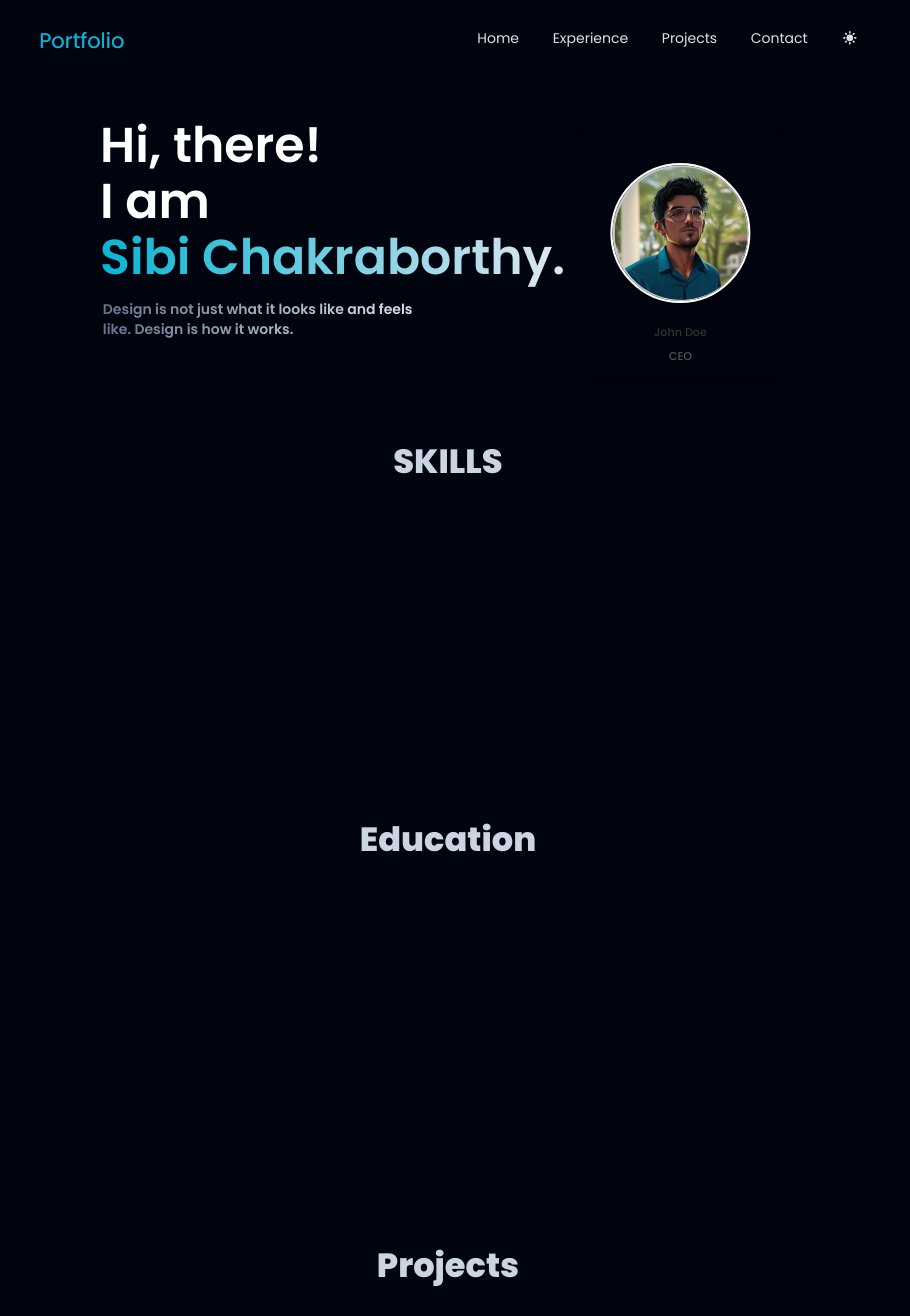
Repository: sibi24sibi/MyPersonalPortfolio
Page: /
These files come from the project's save history. The page is drawn as it stood at one moment and after the next save; the edit follows.
The browser window is 1280 px wide. The page is 1300 px wide, so the pictures cover 1300 px, including what lies to the right of the window. The pictures show the part of the page from y = 0 to 1880 px (the page is 3442 px tall before and 3542 px after), at 70% of full size.
The project was rebuilt for these pictures with package versions that can differ from the ones it lists, and the page was loaded fresh each time. Also part of the build but not shown: vite.config.js, src/components/Menu.jsx, src/components/Footer.jsx.

Above is the page before, as saved 2024-05-03 17:43:50.

### index.html
<!DOCTYPE html>
<html lang="en">

<head>
  <meta charset="UTF-8" />
  <link rel="icon" type="image/svg+xml" href="" />
  <meta name="viewport" content="width=device-width, initial-scale=1 , maximum-scale=1 ,user-scalable=no" />
  <title>
    Personal Portfolio
  </title>
</head>

<body className="darkMode">
  <div id="root" className="px-5 w-screen"></div>
  <script type="module" src="/src/main.jsx"></script>
</body>

</html>

### src/index.css
@import url('https://fonts.googleapis.com/css2?family=Poppins:wght@300;400;500;600;800&display=swap');
@tailwind base;
@tailwind components;
@tailwind utilities;

html {
    @apply overflow-x-hidden scroll-smooth
}

body {

    @apply dark:bg-[#00040f] bg-[#e2e2e2ab]
}

### src/App.jsx
import Navbar from "./components/Navbar";
import About from "./components/About";

import Education from "./components/Education";
import Projects from "./components/Projects";
import Skills from "./components/Skills";

import HashLoader from "react-spinners/HashLoader";
import CTA from "./components/CTA";
import MyEmailLayout from "./components/email";
import Footer from "./components/Footer";


import { useState, useEffect } from "react";

const override = {
  display: "flex",
  justifyContent: "center",
  alignItems: "center",
  marginTop: "5rem",
  borderColor: "red",
};

const App = () => {
  const [loading, setLoading] = useState(true);

  useEffect(() => {
    setLoading(true);
    setTimeout(() => {
      setLoading(false);
    }, 3000);
  }, []);
  return (
    <>
      {loading ? (
        <div className="flex h-screen w-screen justify-center items-center bg-[#00040f] ">
          <HashLoader
            color="#0891b2"
            loading={loading}
            cssOverride={override}
            size={90}
            aria-label="Loading Spinner"
            data-testid="loader"
          />
        </div>
      ) : (
        <div className=" flex flex-col justify-center items-center">
          <Navbar></Navbar>
          <About></About>
          <Skills></Skills>
          <Education></Education>
          <Projects></Projects>
          <CTA></CTA>
          <MyEmailLayout></MyEmailLayout>
          {/* <Footer></Footer> */}
        </div>
      )}
    </>
  );
};
export default App;

### src/components/Navbar.jsx
import { CgMenuRightAlt } from "react-icons/cg";
import { HiSun, HiMoon } from "react-icons/hi";
import { useState, useEffect } from "react";
import Menu from "./Menu";

const Navbar = () => {
  const [nav, setNav] = useState(false);

  const [theme, setTheme] = useState("light");

  useEffect(() => {
    if (theme === "dark") {
      document.documentElement.classList.remove("dark");
    } else {
      document.documentElement.classList.add("dark");
    }
  }, [theme]);

  const handleTheme = () => {
    setTheme(theme === "dark" ? "light" : "dark");
  };

  return (
    <>
      <section className="NAVBAR sticky top-0 backdrop-blur-[5px] z-10 pt-5  translate-x-[20px] min-w-full mt-5 font-['Poppins']  max-sm:p-2 max-sm:mx-1 max-sm:max-h-[48px] ">
        <div className="flex  justify-between capitalize md:ml-9 sm:ml-2">
          <div className="LOGO ">
            <a
              href="#"
              className="text-3xl bg-gradient-to-r from-blue-600 to-cyan-600 bg-clip-text text-transparent dark:text-cyan-500 max-sm:text-2xl"
            >
              {"Portfolio"}
            </a>
          </div>
          <div className="NAVLINKS min-w-full pr-9 text-[20px] translate-x-[-160px]  max-sm:hidden flex justify-end gap-12 text-[#00040f] dark:text-[#e1e1e1] ">
            <a href="#about" className=" hover:text-cyan-500">
              Home
            </a>
            <a href="#experience" className="hover:text-cyan-500">
              Experience
            </a>
            {/* <a href="#education" className="hover:text-cyan-500 ">
              Education
            </a> */}
            <a href="#projects" className="hover:text-cyan-500 ">
              Projects
            </a>
            <a href="#contact" className="hover:text-cyan-500 ">
              Contact
            </a>

            <button onClick={handleTheme}>
              {theme === "dark" ? (
                <HiMoon className="-translate-y-1 text-2xl" />
              ) : (
                <HiSun className="-translate-y-1 text-2xl" />
              )}
            </button>

            </div>
            </div>
          <button onClick={() => setNav(!nav)}>
            <CgMenuRightAlt className="hidden max-sm:block mr-5   absolute top-2  right-10 md:transform-none text-[#00040f] dark:text-[#e1e1e1] text-[32px]" />
          </button>


        {nav && <Menu />}

      </section>



    </>
  );
};
export default Navbar;

### src/components/About.jsx
import Lottie from "lottie-react";
import computer from "../assets/lottie/computer.json";
import Profile from "../assets/Profile.jpg";
import "./about-style.css";

const About = () => {
  return (
    <>
      <section
        id="about"
        className="p-5 mx-2 mb-10 font-medium font-['Poppins'] max-w-6xl max-sm:p-2 max-sm:mx-5"
      >
        <div className="WRAPPER mt-12 flex justify-between max-sm:flex-col gap-35">
        <div className="INTRO text-[70px] leading-[80px] font-semibold max-sm:text-[40px] max-sm:leading-[70px] max-sm:font-semibold">
            <h3 className="text-[#00040f] dark:text-white">
              Hi, there! <br />I am
            </h3>
            <span className="bg-clip-text text-transparent bg-gradient-to-r  from-blue-600 to-cyan-600 dark:from-cyan-500 dark:to-slate-200">
             Sibi Chakraborthy.

            </span>

            <p className="ABOUT h-[100px] text-xl max-sm:text-[15px] bg-clip-text text-transparent  bg-gradient-to-r  from-[#00040f] to-slate-500 dark:from-slate-500 dark:to-slate-200 max-w-[470px] mt-5 pl-1">
            Design is not just what it looks like and feels like. Design is how it works.
            </p>
          </div>
        <div className="div">



        <div className="team-member">
            <img src={Profile} alt="Profile"/>
            <h3>John Doe</h3>
            <p>CEO</p>
        </div>



        </div>
        </div>
      </section>
    </>
  );
};
export default About;

### src/components/Education.jsx
import Lottie from "lottie-react";
import education from "../assets/lottie/education.json";
import SAEC from "../assets/SAEC.png";
import AOS from "aos";

import { useEffect } from "react";

const Education = () => {
  useEffect(() => {
    AOS.init();
  }, []);
  return (
    <section
      id="education"
      className="EXPERIENCE max-w-6xl p-5 mx-20 mb-25 font-['Poppins']  max-sm:p-2 max-sm:mx-5"
    >
      <div className="WRAPPER mt-10">
        <h1 className="text-[#00040f] dark:text-slate-300 text-center font-extrabold text-5xl mb-5 max-sm:text-4xl   ">
          Education
        </h1>

        <div
          className="EDUCATION flex gap-7 justify-between flex-row-reverse max-sm:flex-col"
          data-aos="fade-right"
        >
          <div className="max-w-[520px] mt-[52px] p-7 max-sm:p-3">
            <div className="flex gap-5">
              <img
                src={SAEC}
                alt="SAEC"
                className="w-[150px] h-[100px]"
              />
              <h1 className="bg-clip-text text-transparent bg-gradient-to-r max-sm:text-[17px] from-amber-500 via-orange-600 to-yellow-500 dark:from-[#ff6600] dark:to-slate-100 font-semibold text-2xl w-[300px] h-[100px] tracking-wider ">
                Syed Ammal engineering college
              </h1>
            </div>

            <div className="mt-7 flex flex-col gap-5 text-left pl-4">
              <h3 className="capitalize  text-slate-800 dark:text-slate-300 text-xl max-sm:text-lg">
                Bachelor of technology
              </h3>
              <p className="italic capitalize text-gray-500 dark:text-slate-500 text-xl max-sm:text-lg leading-9">
                November 2020 - May 2024
              </p>

              <p className="capitalize text-gray-500 dark:text-slate-500 text-xl max-sm:text-lg leading-9">
                Computer Science and Engineering
              </p>
            </div>
          </div>
          <Lottie
            animationData={education}
            loop={true}
            className="max-w-[500px]"
          />
        </div>
      </div>
    </section>
  );
};
export default Education;

### src/components/Skills.jsx
import {
  HTML,
  CSS,
  Github,
  Git,
  Vite,
  TailwindCSS,
  react,
  Python,
  Javascript,
  CPP,
  C,
  Vue,
  nodejs
} from "../constants/Constant";

import AOS from "aos";
import "aos/dist/aos.css";
import { useEffect } from "react";
import Image from "./Img_prop";

const Skills = () => {
  useEffect(() => {
    AOS.init();
  }, []);
  return (
    <>
      <section className="EXPERIENCE p-5  mb-10 max-w-6xl  font-['Poppins']  max-sm:p-2 max-sm:mx-5">
        <div>
        <h1 className="text-[#00040f] dark:text-slate-300 font-extrabold text-5xl text-center max-sm:text-4xl ">
          SKILLS
        </h1>
        </div>
        <div
          className=" grid place-content-start  grid-cols-3 gap-4 max-sm:p-2 mt-10"
          data-aos="zoom-out-up"
        >
          <Image img={HTML}></Image>
          <Image img={CSS}></Image>
          <Image img={Javascript}></Image>
          <Image img={react}></Image>
          <Image img={TailwindCSS}></Image>
          {/* <Image img={Vue}></Image>
          <Image img={CPP}></Image>
          <Image img={C}></Image> */}
          <Image img={Python}></Image>
          {/* <Image img={Vite}></Image> */}
          <Image img={Git}></Image>
          <Image img={Github}></Image>
          <Image img={nodejs}></Image>
        </div>
      </section>
    </>
  );
};
export default Skills;

### src/components/CTA.jsx
function CTA() {
  const resumeLink = "/Sibi-Chakraborthy-V.pdf";
  return (
    <div id="resume" className="pt-36 max-w-6xl resume relative w-full flex justify-center ">

      <div className="pt-14 mx-20 pb-40">
        <h2 className="text-4xl md:text-5xl max-sm:text-[35px] max-sm:leading-[60px] font-bold mb-10 text-[#00040f] dark:text-white text-center">
          Need to know about me more
        </h2>
        <div className="flex justify-center ">
        <a
          href={resumeLink}
          className="cursor-pointer font-bold whitespace-nowrap
        mt-6 px-8 py-3 dark:text-[#e1e1e1] border-2 rounded-full border-[#808080]  bg-bg hover:bg-fun-pink hover:border-fun-pink transition-colors inline-flex items-center"
        >
          <svg class="fill-current w-4 h-4 mr-2" xmlns="http://www.w3.org/2000/svg" viewBox="0 0 20 20"><path d="M13 8V2H7v6H2l8 8 8-8h-5zM0 18h20v2H0v-2z"/></svg>
          <span>Resume</span>

        </a>

        </div>
      </div>


    </div>
  );
}

export default CTA;

### src/components/email.jsx
import React, { useRef, useEffect } from "react";
import emailjs from '@emailjs/browser';



const MyEmailLayout = () => {
  const form = useRef();

  useEffect(() => {
    // Initialize emailjs
    emailjs.init('-fw29uVaf1UZJqOVT');
  }, []);

  const sendEmail = (e) => {
    e.preventDefault();

    emailjs

      .sendForm('service_hgvjibu', 'template_f9rmzk9', form.current)
      .then(
        () => {
          alert('Email sent successfully!');
        },
        (error) => {
          alert('Failed to send email. Please try again later.');
          console.error('Email Error:', error);
        }
      );
  };

  return (
    <div   className="mb-20 max-w-6xl" id="contact">

      <div className=" mx-10 max-sm:mx-5 ">
      <div className="div">
      <h1 className="text-2xl dark:text-[#e1e1e1] font-bold mb-4 ">SEND ME A EMAIL</h1>
      </div>
      <form ref={form} onSubmit={sendEmail}>
        <div className="grid  grid-cols-2 gap-4 flex justify-center">
          <div>
            <label htmlFor="name" className="dark:text-[#e1e1e1]">Name</label>
            <input
              type="text"
              id="name"
              name="user_name"
              className="px-3 py-2 placeholder-gray-400 text-gray-600 relative dark:bg-slate-300 bg-stone-300 rounded text-sm border-0 shadow outline-none focus:outline-none focus:ring  w-full"
            />
          </div>
          <div>
            <label htmlFor="email" className="dark:text-[#e1e1e1]">Email</label>
            <input
              type="email"
              id="email"
              name="user_email"
              className="px-3 py-2 placeholder-gray-400 text-gray-600 relative dark:bg-slate-300 bg-stone-300 rounded text-sm border-0 shadow outline-none focus:outline-none focus:ring w-full"
            />
          </div>
        </div>
        <label htmlFor="message" className="dark:text-[#e1e1e1]">Message</label>
        <textarea
          placeholder=""
          name="message"
          className="px-3 py-2 placeholder-gray-400 text-gray-600 relative dark:bg-slate-300 bg-stone-300 rounded text-sm border-0 shadow outline-none focus:outline-none focus:ring h-40 w-full "
        ></textarea>
        <button
          type="submit"
          className="bg-blue-500 rounded-full text-white px-4 py-2 mt-4 float-right"
          value="Send"
        >
          Send Email
        </button>
      </form>
      </div>
    </div>
  );
};

export default MyEmailLayout;

### src/components/about-style.css


.team-member {
    text-align: center;
    margin: 20px;
  /*  background-color: #fff;  White background for each team member */
    padding: 15px; /* Add padding for better visual appeal */
    border-radius: 10px; /* Add rounded corners */
    box-shadow: 0 0 10px rgba(0, 0, 0, 0.1); /* Add a subtle box shadow */
}

.team-member img {
    width: 200px;
    height: 200px;
    border-radius: 50%;
    object-fit: cover;
    margin: 30px;

/* Additional styling for the image */
border: 3px solid #fff; /* Add a white border around the image */
 transition: transform 0.3s ease-in-out; /*  Add a smooth transition effect  */

/* Hover effect: Scale the image slightly on hover */
/* cursor: pointer; */
}

/* Add a hover effect for better user interaction */
.team-member img:hover {
transform: scale(1.1);
}


.team-member h3 {
    margin: 10px 0;
    color: #333; /* Darken the text color */
}

.team-member p {
    color: #555;
}

### src/components/Project_prop.jsx
/* eslint-disable react/prop-types */

import "./proj_style.css";


const Project_prop = (props) => {
  return (
    <>



      <div className="card bg-blue-100 dark:bg-sky-950 rounded-lg shadow-lg aspect-w-16 aspect-h-9 ">
        <h3
        className="title capitalize font-bold h-20 text-slate-800 dark:text-slate-300 text-xl max-sm:text-lg m-5 text-center"
        >
          {props.title}
        </h3>
            <div className="bar h-1 min-w-40 dark:bg-gray-800  bg-slate-600  mx-5"></div>
        <div className="flex gap-1 ml-3 mt-3 ">
                {props.react}
                {props.vite}
                {props.html5}
                {props.css3}
                {props.php}
                {props.mysql}
                {props.javascript}
                {props.tailwindcss}
                {props.laravel}
                {props.bootstrap}
                {props.wordpress}

        </div>
        <p className="dark:text-slate-500 mt-2 text-sm px-5  select-none">
          {props.para}
        </p>
      </div>




    </>
  );
};
export default Project_prop;

### src/constants/Constant.jsx
import C from "../assets/C.png";
import CPP from "../assets/CPP.png";
import HTML from "../assets/HTML.png";
import Github from "../assets/Github.png";
import CSS from "../assets/CSS.png";
import Python from "../assets/Python.png";
import Javascript from "../assets/Javascript.png";
import Git from "../assets/Git.png";
import Vite from "../assets/Vite.png";
import TailwindCSS from "../assets/TailwindCSS.png";
import react from "../assets/react.png";
import Vue from "../assets/vue.png";
import nodejs from "../assets/nodejs.png";

import Hackthechain from "../assets/HackTheChainLogo.png";
import GSSOC from "../assets/GSSoc.jpg";
import IITB from "../assets/IITB.png";
import Sports from "../assets/Sports_Club.png";
import IIITians from "../assets/IIITians_Network.png";
import GDSC from "../assets/GDSC.png";
import KDE from "../assets/kde.png";
import Oppia from "../assets/oppia.png";

import GPT4 from "../assets/gpt4.jpg";
import Portfolio from "../assets/portfolio.jpg";
import Rocket from "../assets/Rocket.jpg";
import Game from "../assets/Stone.jpg";
import WellBeing from "../assets/well-being.jpg";

export {
  C,
  CPP,
  HTML,
  CSS,
  Github,
  Git,
  Vite,
  TailwindCSS,
  react ,
  Python,
  Javascript,
  Vue,
  Hackthechain,
  GSSOC,
  IITB,
  Sports,
  IIITians,
  GPT4,
  Portfolio,
  Rocket,
  WellBeing,
  Game,
  GDSC,
  KDE,
  nodejs,
  Oppia,
};

### src/components/Img_prop.jsx
const Img_prop = ({ img }) => {
  return (
    <>
      <div className="mr-60 w-[100px] max-sm:w-[75px] h-[100px] max-sm:h-[75px] shadow-xl shadow-slate-300 dark:shadow-lg dark:shadow-blue-500/50 bg-gradient-to-bl from-[#ccc] to-[#eee] dark:from-[#051937] dark:to-[#222] rounded-full place-content-center grid translate-x-[100px] max-sm:translate-x-1">
        <img src={img} alt="html" className="max-sm:h-[45px] h-[55px] " />
      </div>
    </>
  );
};
export default Img_prop;

### src/components/proj_style.css



  .card {
    position: relative;
    left: 0px;
    width: 200px;
    height: fit-content;
    min-height: 320px;
    padding-bottom: 10px;
  }

  .card:not(:first-child) {
      margin-left: -50px;
  }

  .card:hover {
    transform: translateY(-20px);
    transition: 0.4s ease-out;
  }

  .card:hover ~ .card {
    position: relative;
    left: 50px;
    transition: 0.4s ease-out;
  }

@media only screen and (max-width: 600px) {
  .card {
    position:unset;
    left:unset;
    padding-bottom:unset;
    margin: 10px;;
    padding-bottom:unset;
  }
  .card:hover {
    transform:unset ;
    transition:unset;
    margin-left:unset;
  }
  .card:not(:first-child) {
    margin-left:10px;

  }
  .card:hover ~ .card {
    position:unset;
    left:unset;
    transition:unset;
  }
}

Loaded but not shown: src/main.jsx (common file); src/assets/lottie/computer.json (common file); src/assets/lottie/Education.json (common file); tailwind.config.js (common file); src/components/Projects.jsx (189 lines, source omitted)

After the next save:
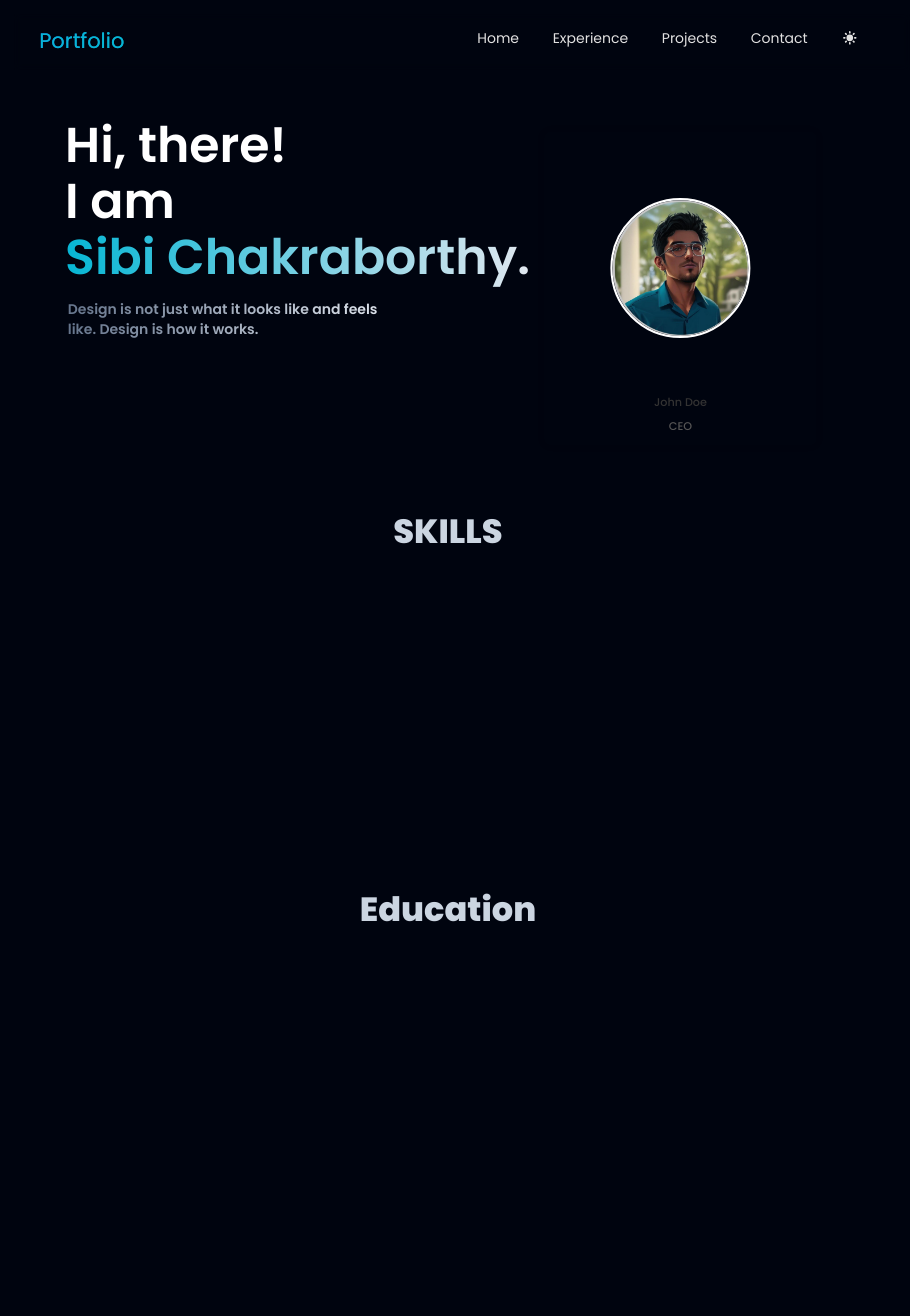
Saved 22 s later.
--- a/src/components/about-style.css
+++ b/src/components/about-style.css
@@ -14,7 +14,7 @@
     height: 200px;
     border-radius: 50%;
     object-fit: cover;
-    margin: 30px;
+    margin: 80px;
 
 /* Additional styling for the image */
 border: 3px solid #fff; /* Add a white border around the image */
